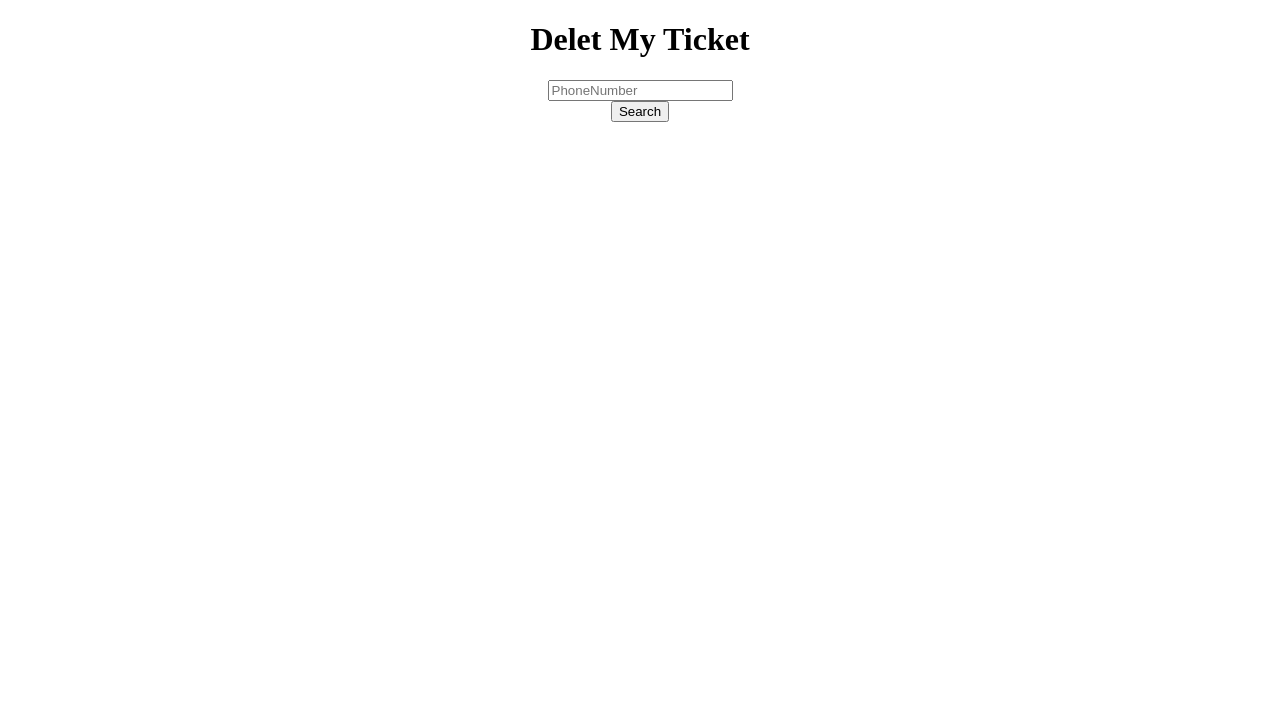
Repository: kalpesh3070/backend2
Page: flyaway/src/main/webapp/Delet.html
The author's editor kept a copy of each file at every save. The page is drawn from the files as they stood at one save, then again after the next save.
The browser window is 1280 px wide. The pictures show the whole page.

Above is the page before, as saved 2022-11-14 12:13:12.

After the next save:
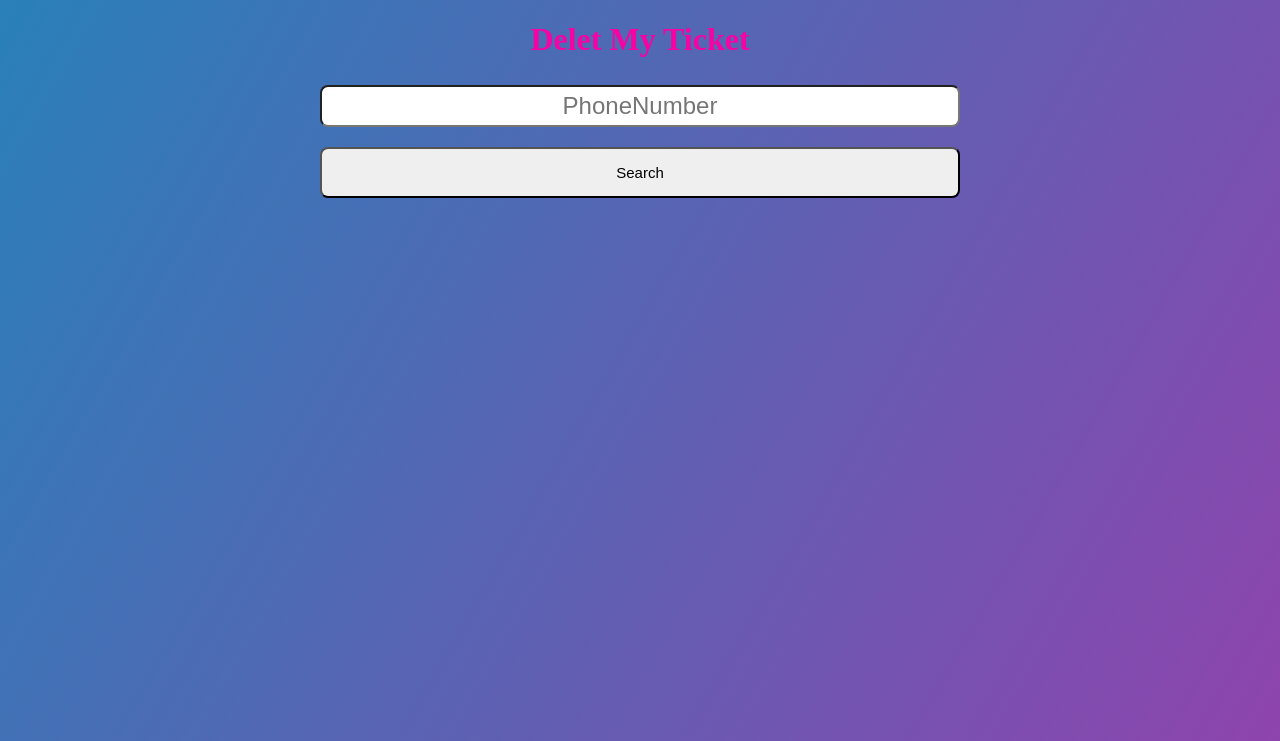
Saved 44 s later.
--- a/flyaway/src/main/webapp/Delet.html
+++ b/flyaway/src/main/webapp/Delet.html
@@ -2,7 +2,8 @@
 <html>
 <head>
 <meta charset="ISO-8859-1">
-<title>Insert title here</title>
+<link rel="stylesheet" href="My_ticket.css">
+<title>Delet</title>
 </head>
 <body>
 <div class="body">
